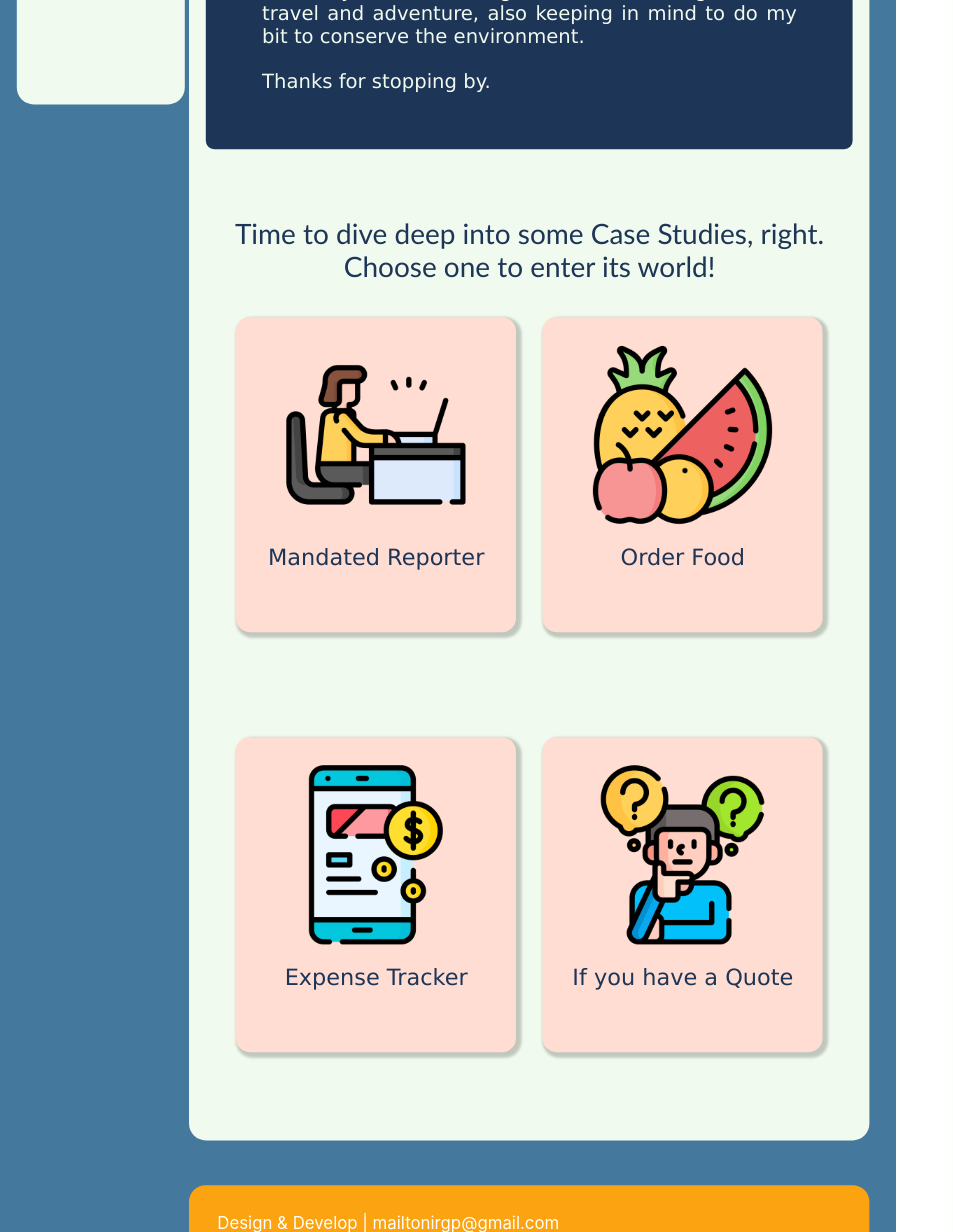
Repository: niranjangp/portfolioReact
Page: /
These files come from the project's save history. The page is drawn as it stood at one moment and after the next save; the edit follows.
The browser window is 1280 px wide. The page is 1361 px wide, so the pictures cover 1361 px, including what lies to the right of the window. The pictures show the part of the page from y = 1163 to 2923 px (the page is 3210 px tall), at 70% of full size.
The project was rebuilt for these pictures with package versions that can differ from the ones it lists, and the page was loaded fresh each time. Also part of the build but not shown: src/pages/csOne.jsx, src/pages/csTwo.jsx, src/pages/csThree.jsx, src/pages/csFour.jsx, src/pages/notFound.jsx.

Above is the page before, as saved 2022-02-02 01:59:55.

### public/index.html
<!DOCTYPE html>
<html lang="en">
  <head>
    <meta charset="utf-8" />
    <!--<link rel="icon" href="%PUBLIC_URL%/favicon.ico" />-->
    <meta name="viewport" content="width=device-width, initial-scale=1" />
    <meta name="theme-color" content="#000000" />
    <meta
      name="description"
      content="Web site created using create-react-app"
    />
    <!--<link rel="apple-touch-icon" href="%PUBLIC_URL%/logo192.png" />-->
    <!--
      manifest.json provides metadata used when your web app is installed on a
      user's mobile device or desktop. See https://developers.google.com/web/fundamentals/web-app-manifest/
    -->
    <link rel="manifest" href="%PUBLIC_URL%/manifest.json" />
    <!--
      Notice the use of %PUBLIC_URL% in the tags above.
      It will be replaced with the URL of the `public` folder during the build.
      Only files inside the `public` folder can be referenced from the HTML.

      Unlike "/favicon.ico" or "favicon.ico", "%PUBLIC_URL%/favicon.ico" will
      work correctly both with client-side routing and a non-root public URL.
      Learn how to configure a non-root public URL by running `npm run build`.
    -->
    <title>Portfolio</title>
  </head>
  <body>
    <noscript>You need to enable JavaScript to run this app.</noscript>
    <div id="root"></div>
    <!--
      This HTML file is a template.
      If you open it directly in the browser, you will see an empty page.

      You can add webfonts, meta tags, or analytics to this file.
      The build step will place the bundled scripts into the <body> tag.

      To begin the development, run `npm start` or `yarn start`.
      To create a production bundle, use `npm run build` or `yarn build`.
    -->
  </body>
</html>

### src/index.css
body {
  margin: 0;
  font-family: -apple-system, BlinkMacSystemFont, 'Segoe UI', 'Roboto', 'Oxygen',
    'Ubuntu', 'Cantarell', 'Fira Sans', 'Droid Sans', 'Helvetica Neue',
    sans-serif;
  -webkit-font-smoothing: antialiased;
  -moz-osx-font-smoothing: grayscale;
  box-sizing: border-box;
}

code {
  font-family: source-code-pro, Menlo, Monaco, Consolas, 'Courier New',
    monospace;
}

p {
  margin: 0;
}

### src/App.js
import './App.css';

import { Route, NavLink, Switch, Redirect } from 'react-router-dom';
import EnterTheDesign from './pages/enterDesign';
import CSOne from './pages/csOne';
import CSTwo from './pages/csTwo';
import CSThree from './pages/csThree';
import CSFour from './pages/csFour';
import NotFound from './pages/notFound';

function App() {
  const flatIconLink = "https://www.flaticon.com/free-icons/programmer";
  const wfhIconLink = "https://www.flaticon.com/free-icons/work-from-home";
  const fruitLink ="https://www.flaticon.com/free-icons/fruit";
  const moneyLink = "https://www.flaticon.com/free-icons/digital-money";
  const quoteLink = "https://www.flaticon.com/free-icons/question-mark";



  return (
    <div className='App'>
      <div className="containerOne">
        <nav className='navigation'>
          <div className='navDiv'>
            <NavLink activeClassName="nav-link active" className="nav-link" to="/enter-the-design">Take me Home!</NavLink>
          </div>
          <div className='navDiv'>
            <NavLink activeClassName="nav-link active" className="nav-link" to="/cs-one">Case Study Numero Uno</NavLink>
          </div>
          <div className='navDiv'>
            <NavLink activeClassName="nav-link active" className="nav-link" to="/cs-two">Case t'w'o Study</NavLink>
          </div>
          <div className='navDiv'>
            <NavLink activeClassName="nav-link active" className="nav-link" to="/cs-three">Case Study the 3rd</NavLink>
          </div>
          <div className='navDiv'>
            <NavLink activeClassName="nav-link active" className="nav-link" to="/cs-four">Case Study IV</NavLink>
          </div>
        </nav>
        <main className='mainOne'>
          <Switch>
            <Route exact path="/" ><Redirect to="/enter-the-design" /></Route>
            <Route path="/enter-the-design" ><EnterTheDesign /></Route>
            <Route exact path="/cs-one" ><CSOne /></Route>
            <Route exact path="/cs-two" ><CSTwo /></Route>
            <Route exact path="/cs-three"><CSThree /></Route>
            <Route exact path="/cs-four"><CSFour /></Route>

            <Route path="*"><NotFound /></Route>
          </Switch>

        </main>
        <footer>
          <div className='footer-info'>
            {/*<p>Niranjan G P</p>*/}
            <p>Design & Develop    |   mailtonirgp@gmail.com</p>
            <p>Please consider the Environment while printing.</p>
          </div>
          <div className='credits'>
            <a href={flatIconLink} title="programmer icons">Programmer icons created by Flat Icons - Flaticon</a>
            <a href={wfhIconLink} title="work from home icons">Work from home icons created by Freepik - Flaticon</a>
            <a href={fruitLink} title="fruit icons">Fruit icons created by Freepik - Flaticon</a>
            <a href={moneyLink} title="digital money icons">Digital money icons created by Freepik - Flaticon</a>
            <a href={quoteLink} title="question mark icons">Question mark icons created by Freepik - Flaticon</a>
          </div>
        </footer>
      </div>

    </div>
  );
}

export default App;

### src/App.css
.containerOne {
  background-color: #45789d;
  padding: 24px;
  position: relative;
}

.mainOne {
  width: 75%;
  margin-left: 20%;
  background-color: #F1FAEE;
  height: 100%;
  border-radius: 1.5rem;
  padding: 24px;
}

.navigation {
  position: absolute;
  top: 24px;
  left: 24px;
  width: 15%;
  height: 1200px;
  background-color: #F1FAEE;
  border-radius: 1.5rem;
  padding: 64px 24px 24px;
}

.navDiv {
  padding: 16px 0;
  text-align: center;
}

.nav-link {
  font-size: 24px;
  text-decoration: none;
  color: #1d3557;
}

.nav-link.active {
  color: #2a9d8f;
  font-weight: bold;
  border-bottom: 4px solid #2a9d8f;
}

.fr-info {
  font-size: 3rem;
  font-family: 'Gill Sans', 'Gill Sans MT', Calibri, 'Trebuchet MS', sans-serif;
  padding: 24px 24px 24px 48px;
  color: #1d3557;
}

.firstRow {
  display: flex;
  align-items: center;
  padding: 64px 0;
}

.width-60 {
  width: 60%;
}

.width-40 {
  width: 40%;
}

.fullWidth {
  width: 100%;
}

.img-block {
  text-align: center;
}

.sec-row {
  background-color: #1d3557;
  color: #f1faee;
  border-radius: 0.75rem;
  padding: 64px;
  font-family: 'Lucida Sans', 'Lucida Sans Regular', 'Lucida Grande', 'Lucida Sans Unicode', Geneva, Verdana, sans-serif;
  font-size: 28px;
  text-align: justify;
}

.sec-row p {
  padding: 16px;
}

.centered {
  margin: 3rem auto;
  text-align: center;
  display: flex;
  justify-content: center;
  align-items: center;
}

.linkSel {
  text-decoration: underline;
  font-weight: bold;
}

.third-row {
  display: flex;
  flex-wrap: wrap;
  padding: 96px 24px 0;
}

.card-box {
  width: 50%;
  text-align: center;
  height: 600px;
}

.card {
  width: 400px;
  height: 450px;
  background-color: #ffddd2;
  border-radius: 20px;
  box-shadow: 4px 4px 4px 4px rgba(0, 0, 0, 0.2);
  margin: 3rem auto;
  flex-grow: 1;
  flex-shrink: 1;
  transition: width 500ms ease 0s;
}

.card:hover {
  box-shadow: 4px 4px 4px 8px rgba(0, 0, 0, 0.2);
  width: 420px;
  height: 470px;
  cursor: pointer;
}

.card a {
  text-decoration: none;
}

.card p {
  font-size: 32px;
  padding: 24px;
  color: #1d3557;
  font-family: Verdana, Geneva, Tahoma, sans-serif;
}

.card-icon {
  width: 256px;
  margin-top: 40px;
}

.intro-cs {
  text-align: center;
  font-size: 40px;
  color: #1d3557;
  font-family: 'Trebuchet MS', 'Lucida Sans Unicode', 'Lucida Grande', 'Lucida Sans', Arial, sans-serif;
}

footer {
  width: 75%;
  margin-left: 20%;
  background-color: #fca311;
  height: 100%;
  border-radius: 1.5rem;
  padding: 24px;
  margin-top: 64px;
  color: #fff;
}

.footer-info {
  font-size: 1.5rem;
}

.footer-info p {
  padding: 1rem;
}

.credits {
  padding-left: 16px;
}

.credits a {
  /*text-decoration: none;*/
  display: block;
  padding-bottom: 8px;
  font-size: 20px;
  color: #023047;
}

.csOne {
  min-height: 660px;
  height: 100%;
  color: #1d3557;
}

.backLink {
  font-size: 28px;
  font-weight: bold;
  padding: 16px 16px 16px 24px;
}

.backLink a {
  text-decoration: none;
  color: #1d3557;

}

.csOneHeader, .csTwoHeader, .cs3Header, .cs4Header {
  font-size: 40px;
  padding: 16px 16px 32px 24px;
}

.csOneBody {
  padding: 0 24px;
}

.csOneH {
  font-size: 32px;
  padding-bottom: 8px;
  border-bottom: 2px solid #1d3557;
  margin-bottom: 16px;
  display: inline-block;
}

.csOneC {
  font-size: 28px;
}

.pd-bt {
  padding-bottom: 48px;
}

.pd-bt-small {
  padding-bottom: 24px;
}

.clrp {
  width: 100px;
  height: 40px;
  border-top-right-radius: 20px;
  border-bottom-right-radius: 20px;
  margin-right: 24px;
}

.fir {
  background-color: #0070D2;
}

.sec {
  background-color: #16325C;
}

.thi {
  background-color: #526173;
}

.fou {
  font-family: sans-serif;
  padding-right: 24px;
}

.dp-flx {
  display: flex;
  margin: 16px 40px;
  align-items: center;
}

.flx-bx {
  display: flex;
  align-items: center;
  justify-content: space-evenly;
  margin-bottom: 48px;
}

.flx-bx div {
  font-size: 32px;
}

.mrDesk {
  width: 800px;
}

.last-text {
  font-size: 28px;
  color: #f07167;
  margin: 0 64px 24px;
  text-align: center;
}

.csTwo {
  font-family: 'Franklin Gothic Medium', 'Arial Narrow', Arial, sans-serif;
}

.csTwoHeader {
  color: #e76f51;
}

.csTwoPara {
  color: #0081a7;
  font-size: 28px;
  padding-bottom: 8px;
}

.padd-div {
  padding: 16px 24px 56px;
}

.csTwoRowTwo {
  color: #c81d25;
  font-size: 32px;
  padding-bottom: 16px;
  border-bottom: 2px solid #c81d25;
  margin-bottom: 48px;
}

.textCen {
  text-align: center;
}

.screenName {
  font-size: 24px;
  width: 80%;
  margin: 0 auto;
  margin-bottom: 0px;
  background-color: #284b63;
  color: #fff;
  border-top-left-radius: 12px;
  border-top-right-radius: 12px;
  padding: 8px 0;
}

.scrIcon {
  width: 80%;
  margin: 8px 0 64px;
}

.cs3 {
  font-family: 'Lucida Sans', 'Lucida Sans Regular', 'Lucida Grande', 'Lucida Sans Unicode', Geneva, Verdana, sans-serif;
}

.cs3Header {
  color: #006d77;
  border-bottom: 2px solid #006d77;
  display: inline-block;

}


.right-content {
  text-align: right;
  margin: 64px 0;
}

.exp-para {
  font-size: 40px;
  display: inline-block;
  background-color: #52b69a;
  padding: 8px 16px;
  border-radius: 20px;
  color: #fff;
  font-weight: bold;
  margin-bottom: 24px;
}

.exp-header {
  display: inline-block;
  font-size: 40px;
  color: #14746f;
  padding-bottom: 8px;
  border-bottom: 2px dotted #14746f;
  margin-bottom: 8px;
}

.flexExp {
  display: flex;
  align-items: center;
  justify-content: space-around;
}

.iconText {
  padding: 24px;
  font-size: 32px;
  color: #00afb9;
}

.expIcon {
  margin: 64px 0;
  width: 900px;
}

.last .exp-para {
  font-size: 28px;
}

.cs4 {
  font-family: 'Trebuchet MS', 'Lucida Sans Unicode', 'Lucida Grande', 'Lucida Sans', Arial, sans-serif;
}

.cs4Header {
  text-align: center;
  color: #ff5400;
  font-weight: bold;
}

.quoIcon {
  width: 900px;
}

.quo-pack {
  text-align: center;
}

.cs4-para {
  text-align: center;
  font-size: 28px;
  color: #bd1f36;
  padding-bottom: 12px;
}

.mrg-blk {
  margin: 64px 0;
}

.qIconTxt {
  color: #003e1f;
  font-size: 24px;
  padding: 8px 0;
  border-bottom: 2px solid #003e1f;
  margin-bottom: 64px;
}

.mrg-last-blk {
  margin: 64px 0;
  background-color: #dc143c;
  padding: 36px;
  color: #fff;
  border-radius: 36px;
  font-size: 32px;
}

.mrg-last-blk p {
  padding-bottom: 2rem;
}


/*.containerOne {
  background-color: #F1FAEE;
}
.mainOne {
  background-color: #a8dadc;
  width: 75%;
  margin-left: 20%;
  /-*background-color: #45789d;*-/
  height: 660px;
}

.p1 {
  color: #1d3557;
}
.p2 {
  color: #f1faee;
}*/

/*.App-logo {
  height: 40vmin;
  pointer-events: none;
}

@media (prefers-reduced-motion: no-preference) {
  .App-logo {
    animation: App-logo-spin infinite 20s linear;
  }
}

.App-header {
  background-color: #282c34;
  min-height: 100vh;
  display: flex;
  flex-direction: column;
  align-items: center;
  justify-content: center;
  font-size: calc(10px + 2vmin);
  color: white;
}

.App-link {
  color: #61dafb;
}

@keyframes App-logo-spin {
  from {
    transform: rotate(0deg);
  }

  to {
    transform: rotate(360deg);
  }
}*/

### src/pages/enterDesign.jsx
import React from 'react';
import Icons from '../assets/programmer.png';
import WorkingIcon from '../assets/working.png';
import FoodIcon from '../assets/fruit.png';
import ExpIcon from '../assets/expense.png';
import QuoteIcon from '../assets/quote.png';
import { Link } from 'react-router-dom';


const enterDesign = () => {
    const avatarIcon = Icons;


    return (
        <React.Fragment>
            <div className='firstRow'>
                <div className="width-60">
                    <p className='fr-info'>NIRANJAN G P, IS A UI DEVELOPER AT DELOITTE US INDIA</p>
                </div>
                <div className="width-40 img-block">
                    <img src={avatarIcon} alt="avatar-icon" className='avtr-img' />
                </div>
            </div>
            <div className='sec-row'>
                <p>Hi, this is Niranjan.</p>
                <p>I Joined Deloitte USI as a campus recruit. Since then I've been part of many innovative and high-intensity projects, coordinating between multiple virtual teams to help complete client deliverables.</p>
                <p>I've been part of the FRONT-END community since 2017 and constantly learning and developing UI and gradually having a go at UX design parallely.</p>
                <p>Currently based in Bengaluru, I have a big love for travel and adventure, also keeping in mind to do my bit to conserve the environment.</p>
                <p>Thanks for stopping by.</p>
            </div>
            <div className='third-row'>
                <div className='fullWidth intro-cs'>
                    <p>Time to dive deep into some Case Studies, right.</p>
                    <p>Choose one to enter its world!</p>
                </div>
                <div className='card-box'>
                    <div className="card">
                        <Link to="/cs-one">
                            <img src={WorkingIcon} alt="card-icon" className='card-icon' />
                            <p>Mandated Reporter</p>
                            {/*<p>Click to Enter!!!</p>*/}
                        </Link>
                    </div>
                </div>
                <div className='card-box'>
                    <div className="card">
                    <Link to="/cs-two">
                        <img src={FoodIcon} alt="card-icon" className='card-icon' />
                        <p>Order Food</p>
                        </Link>
                    </div>
                </div>
                <div className='card-box'>
                    <div className="card" >
                    <Link to="/cs-three">
                        <img src={ExpIcon} alt="card-icon" className='card-icon' />
                        <p>Expense Tracker</p>
                        </Link>
                    </div>
                </div>
                <div className='card-box'>
                    <div className="card" >
                    <Link to="/cs-four">
                        <img src={QuoteIcon} alt="card-icon" className='card-icon' />
                        <p>If you have a Quote</p>
                        </Link>
                    </div>
                </div>
            </div>
        </React.Fragment>
    )
};

export default enterDesign;

Loaded but not shown: src/index.js (common file); src/reportWebVitals.js (common file)

After the next save:
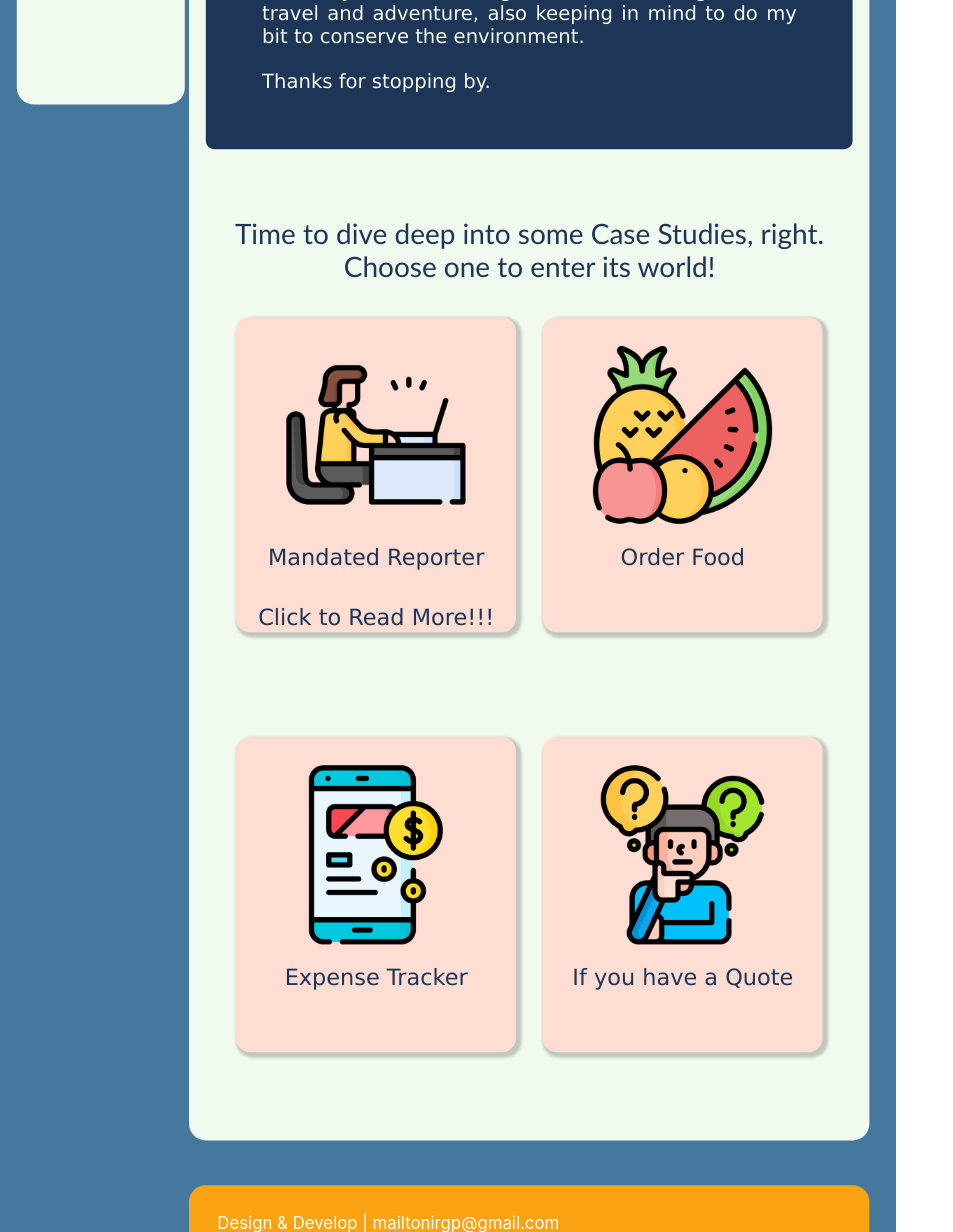
Saved 2 min 23 s later.
--- a/src/pages/enterDesign.jsx
+++ b/src/pages/enterDesign.jsx
@@ -38,7 +38,7 @@ const enterDesign = () => {
                         <Link to="/cs-one">
                             <img src={WorkingIcon} alt="card-icon" className='card-icon' />
                             <p>Mandated Reporter</p>
-                            {/*<p>Click to Enter!!!</p>*/}
+                            <p>Click to Read More!!!</p>
                         </Link>
                     </div>
                 </div>
